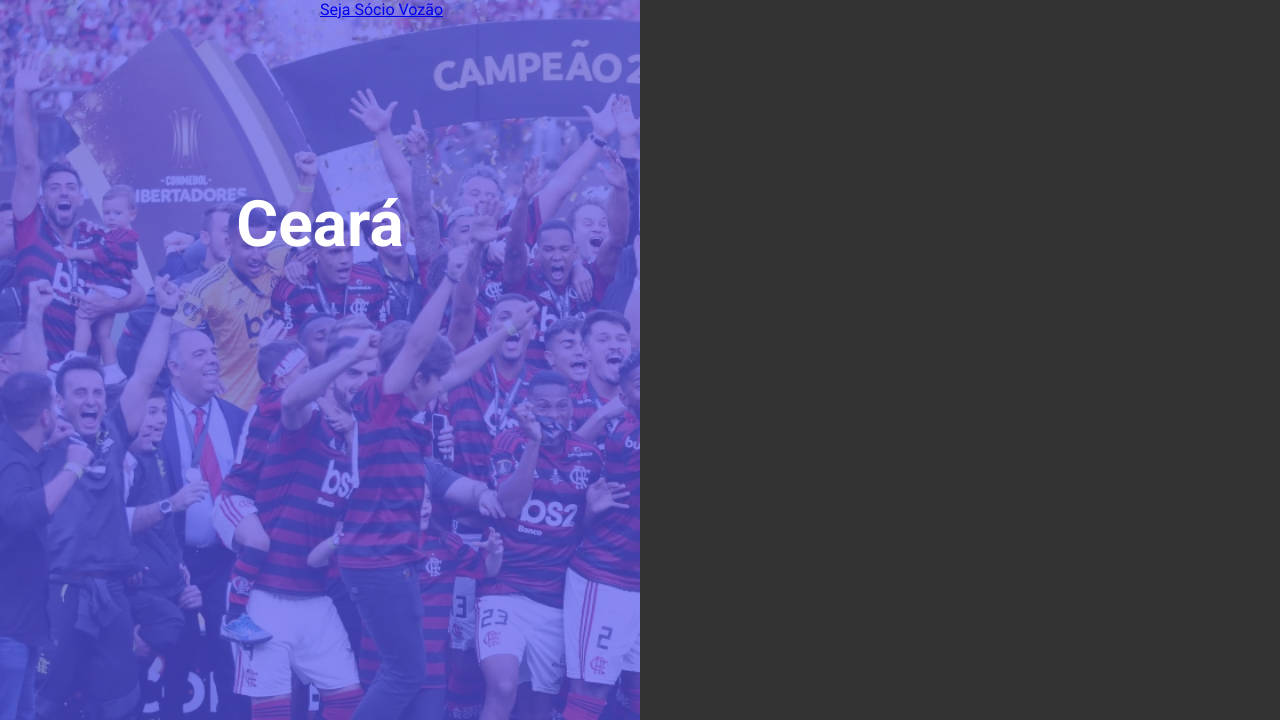
Repository: Williamlmachado/Divis-o-de-P-gina
Page: index.html
These files come from the project's save history. The page is drawn as it stood at one moment and after a run of saves; the edit follows.
The browser window is 1280 px wide. The pictures show the whole page.

Above is the page before, as saved 2021-08-17 09:53:07.

After the next 2 saves:
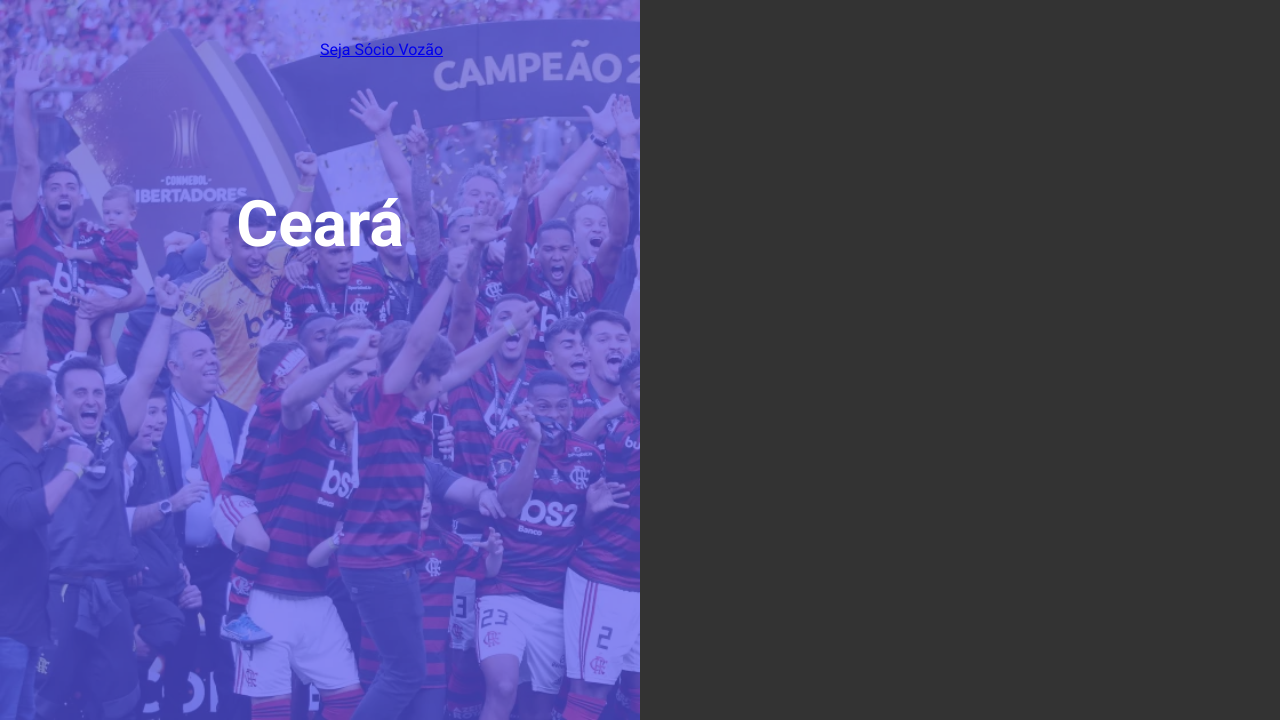
The 2 saves are shown as one change because they came seconds apart.
The last was saved 8 s later.
--- a/style.css
+++ b/style.css
@@ -32,7 +32,8 @@
 .btn{
     position: absolute;
     left: 50%;
-
+    top: 40px;
+    transform: ;
 }
 .container {
     position: relative;
